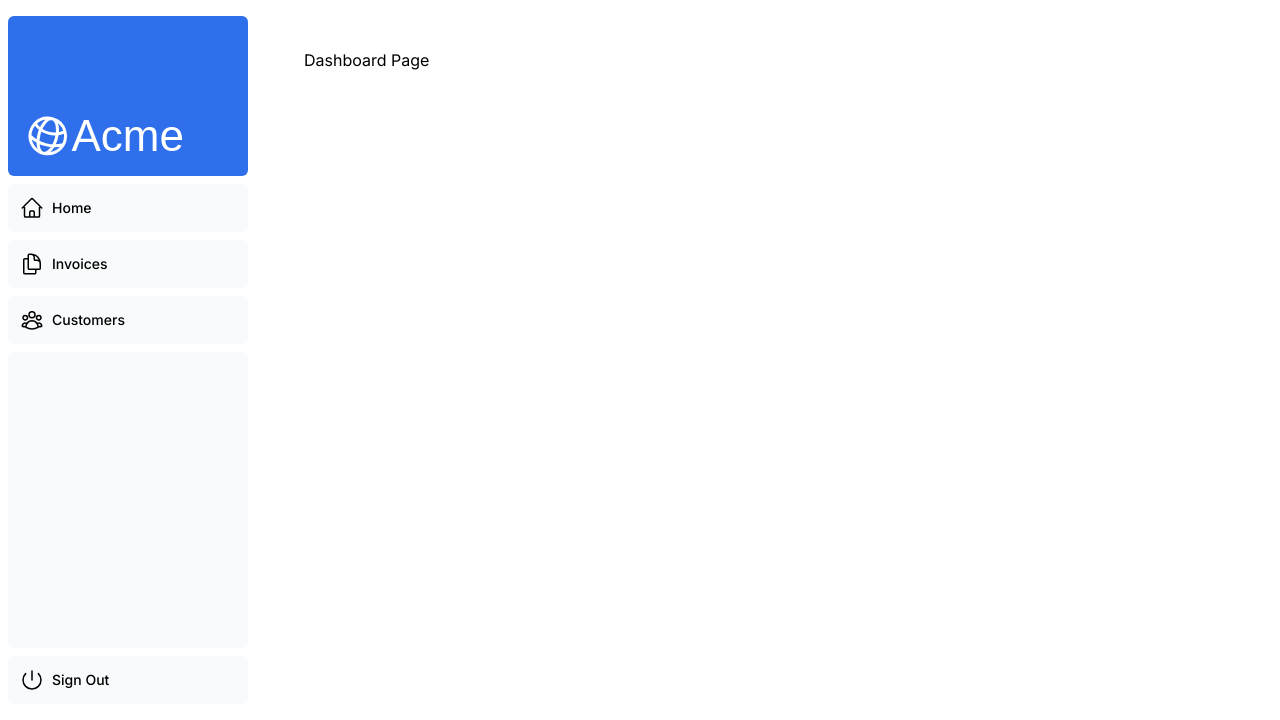
Repository: yasserrrz/Next-Dashboard
Page: /dashboard
These files come from the project's save history. The page is drawn as it stood at one moment and after a run of saves; the edit follows.
The browser window is 1280 px wide. The pictures show the whole page.
Some web fonts or font styles are not loaded; a fallback is used. The project was rebuilt for these pictures with package versions that can differ from the ones it lists, and the page was loaded fresh each time. The framework's server and built-in components were replaced by stand-ins that run in the browser. Also part of the build but not shown: next.config.mjs.

Above is the page before, as saved 2024-08-01 19:28:01.

### app/dashboard/page.tsx


export default function DashboardPage  () {
    return (
      <div><p>Dashboard Page</p></div>
    )
  }

### app/ui/fonts.ts
import { Inter, Lusitana  } from 'next/font/google';

export const inter = Inter({ subsets: ['latin'] });
export const lusitana = Lusitana({ weight: ['400', '700'] , subsets: ['latin'] });

### app/ui/dashboard/sidenav.tsx
import Link from 'next/link';
import NavLinks from '@/app/ui/dashboard/nav-links';
import AcmeLogo from '@/app/ui/acme-logo';
import { PowerIcon } from '@heroicons/react/24/outline';

export default function SideNav() {
  return (
    <div className="flex h-full flex-col px-3 py-4 md:px-2">
      <Link
        className="mb-2 flex h-20 items-end justify-start rounded-md bg-blue-600 p-4 md:h-40"
        href="/"
      >
        <div className="w-32 text-white md:w-40">
          <AcmeLogo />
        </div>
      </Link>
      <div className="flex grow flex-row justify-between space-x-2 md:flex-col md:space-x-0 md:space-y-2">
        <NavLinks />
        <div className="hidden h-auto w-full grow rounded-md bg-gray-50 md:block"></div>
        <form>
          <button className="flex h-[48px] w-full grow items-center justify-center gap-2 rounded-md bg-gray-50 p-3 text-sm font-medium hover:bg-sky-100 hover:text-blue-600 md:flex-none md:justify-start md:p-2 md:px-3">
            <PowerIcon className="w-6" />
            <div className="hidden md:block">Sign Out</div>
          </button>
        </form>
      </div>
    </div>
  );
}

### app/ui/dashboard/nav-links.tsx
"use client";
import {
  UserGroupIcon,
  HomeIcon,
  DocumentDuplicateIcon,
} from '@heroicons/react/24/outline';
import Link from 'next/link';
import { usePathname } from 'next/navigation';
// Map of links to display in the side navigation.
// Depending on the size of the application, this would be stored in a database.
const links = [
  { name: 'Home', href: '/dashboard', icon: HomeIcon },
  {
    name: 'Invoices',
    href: '/dashboard/invoices',
    icon: DocumentDuplicateIcon,
  },
  { name: 'Customers', href: '/dashboard/customers', icon: UserGroupIcon },
];

export default function NavLinks() {
  const pathName = usePathname();
  return (
    <>
      {links.map((link) => {
        const LinkIcon = link.icon;
        return (
          <Link
            key={link.name}
            href={link.href}
            className="flex h-[48px] grow items-center justify-center gap-2 rounded-md bg-gray-50 p-3 text-sm font-medium hover:bg-sky-100 hover:text-blue-600 md:flex-none md:justify-start md:p-2 md:px-3"
          >
            <LinkIcon className="w-6" />
            <p className="hidden md:block">{link.name}</p>
          </Link>
        );
      })}
    </>
  );
}

Loaded but not shown: app/layout.tsx (common file); app/dashboard/layout.tsx (common file); app/ui/global.css (common file); app/ui/acme-logo.tsx (common file); tailwind.config.ts (common file)

After the next 4 saves:
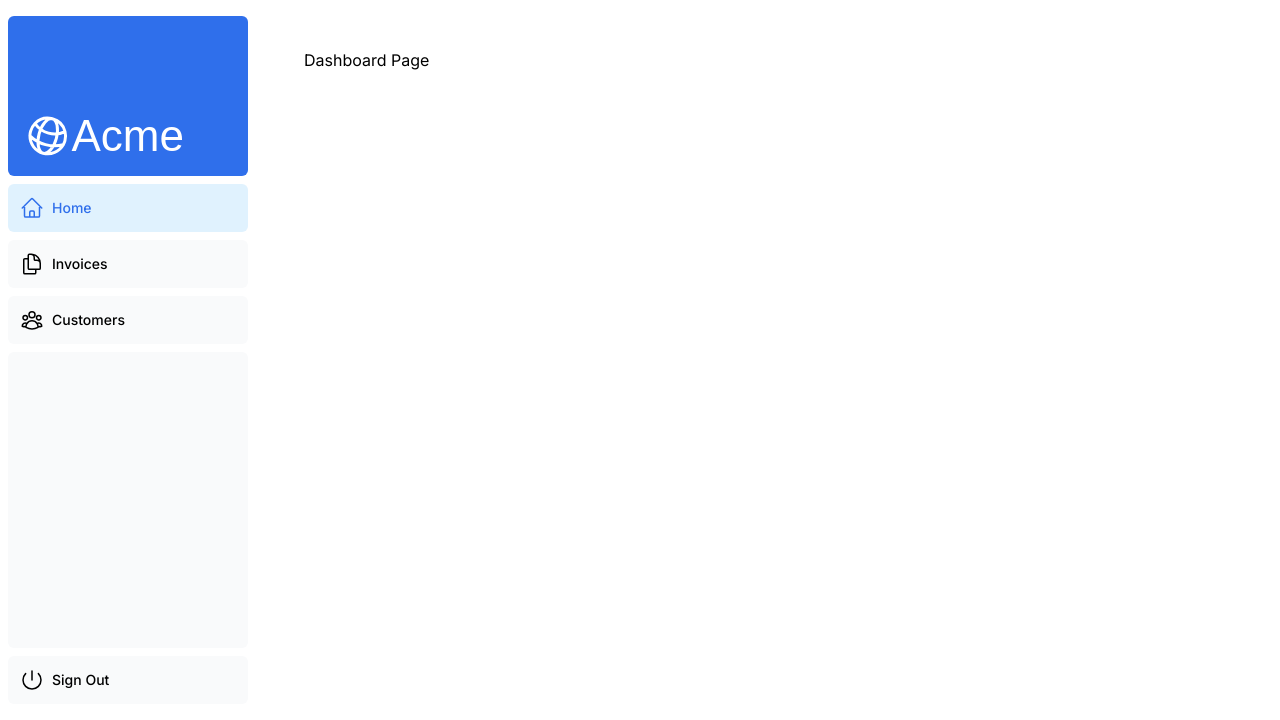
The 4 saves are shown as one change because 2 did not build or start and some came seconds apart.
The last was saved 86 s later.
--- a/app/ui/dashboard/nav-links.tsx
+++ b/app/ui/dashboard/nav-links.tsx
@@ -4,6 +4,7 @@
   HomeIcon,
   DocumentDuplicateIcon,
 } from '@heroicons/react/24/outline';
+import clsx from 'clsx';
 import Link from 'next/link';
 import { usePathname } from 'next/navigation';
 // Map of links to display in the side navigation.
@@ -28,8 +29,12 @@
           <Link
             key={link.name}
             href={link.href}
-            className="flex h-[48px] grow items-center justify-center gap-2 rounded-md bg-gray-50 p-3 text-sm font-medium hover:bg-sky-100 hover:text-blue-600 md:flex-none md:justify-start md:p-2 md:px-3"
-          >
+            className={clsx(
+              'flex h-[48px] grow items-center justify-center gap-2 rounded-md bg-gray-50 p-3 text-sm font-medium hover:bg-sky-100 hover:text-blue-600 md:flex-none md:justify-start md:p-2 md:px-3',
+              {
+                'bg-sky-100 text-blue-600': pathName === link.href,
+              },
+            )}    >
             <LinkIcon className="w-6" />
             <p className="hidden md:block">{link.name}</p>
           </Link>
